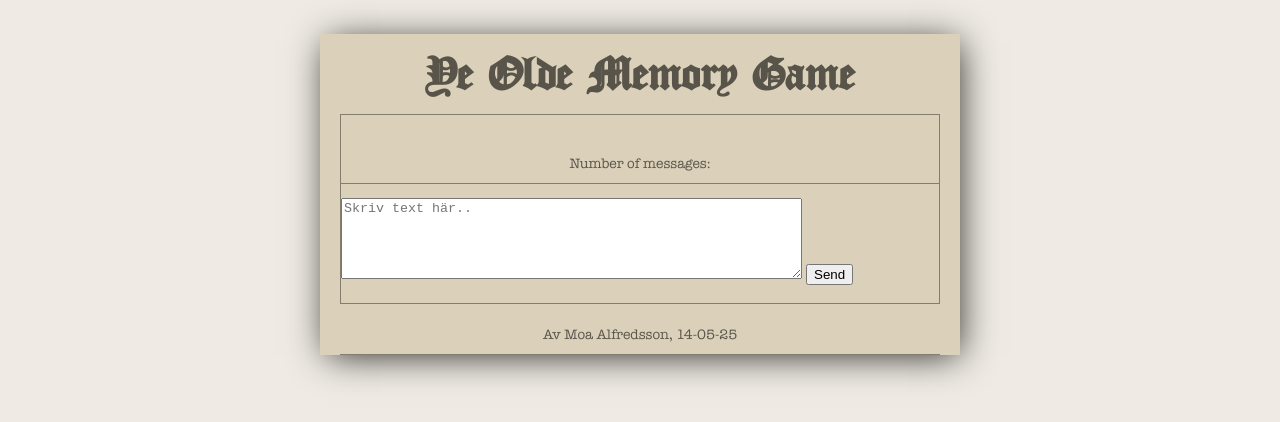
Repository: ma223md/1dv403-laborationer
Page: 3-gameon/memory/index.html
The author's editor kept a record of every edit. The page is drawn from the files as they stood at one moment, then again after the next edit.
The browser window is 1280 px wide. The pictures show the whole page.

Above is the page before.

After the next edit:
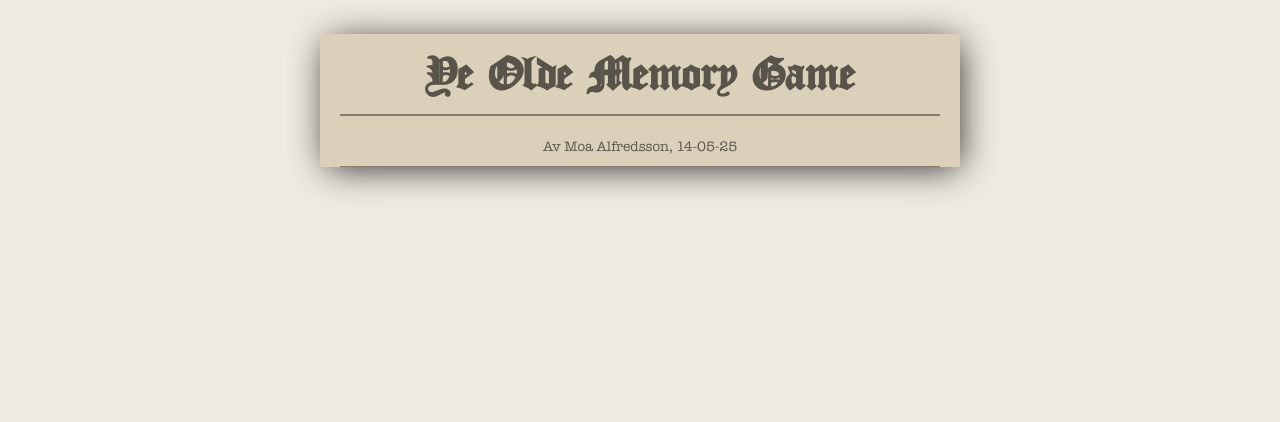
The edit:
--- a/3-gameon/memory/index.html
+++ b/3-gameon/memory/index.html
@@ -14,12 +14,7 @@
             </header>
 
             <main>
-                <div id="messageboard"></div>
-                <br><p id="messagecount">Number of messages: <span id="counter"></span></p>
-                <div id="textinput">
-                    <textarea id="messagetext" rows="5" cols="55" placeholder="Skriv text här.. "></textarea>
-                    <input id="button" value="Send" type="button"/>
-                </div><br>
+                <div id="memoryboard"></div>
             </main>
 
             <footer>
